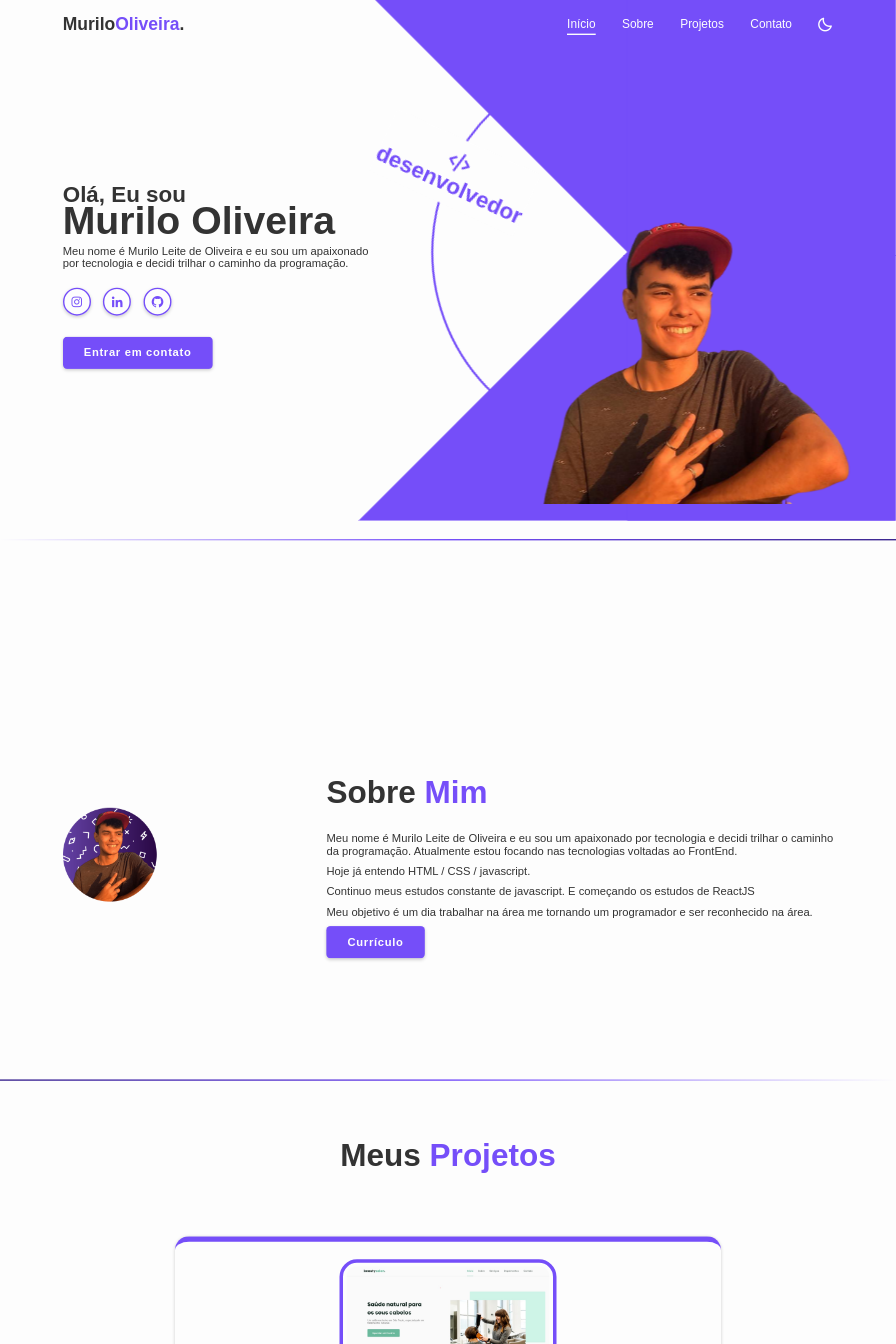
Repository: devMuriloOliveira/Portfolio-
Page: index.html
An editor plug-in stored every save of this project. The page is shown before and after the next save, followed by the edit.
The browser window is 1280 px wide. The pictures show the part of the page from y = 0 to 1920 px (the page is 3045 px tall), at 70% of full size.

Above is the page before, as saved 2023-03-15 18:19:35.

### index.html
<!DOCTYPE html>
<html lang="en">
  <head>
    <meta charset="UTF-8" />
    <meta http-equiv="X-UA-Compatible" content="IE=edge" />
    <meta name="viewport" content="width=device-width, initial-scale=1.0" />
    <title>Murilo Oliveira</title>

    <!--swiper css-->
    <link
      rel="stylesheet"
      href="https://cdn.jsdelivr.net/npm/swiper@9/swiper-bundle.min.css"
    />

    <!--box icons-->
    <link
      href="https://unpkg.com/boxicons@2.1.4/css/boxicons.min.css"
      rel="stylesheet"
    />

    <!--font-->
    <link
      rel="stylesheet"
      href="https://fonts.googleapis.com/css2?family=Material+Symbols+Outlined:opsz,wght,FILL,GRAD@20..48,100..700,0..1,-50..200"
    />

    <!--css-->
    <link rel="stylesheet" href="style.css" />
  </head>
  <body>
    <header class="header">
      <a class="logo" href="#">Murilo<span>Oliveira</span>.</a>

      <nav class="navbar">
        <a href="#inicio" class="active">Início</a>
        <a href="#sobre">Sobre</a>
        <a href="#projetos">Projetos</a>
        <a href="#contato">Contato</a>
      </nav>

      <div class="bx bx bx-moon" id="darkMode-icon"></div>

      <div class="bx bx-menu" id="menu-icon"></div>

    </header>

    <!------------inicio------------>

    <section class="inicio" id="inicio">
      <div class="inicio-content">
        <h3>Olá, Eu sou</h3>
        <h1>Murilo Oliveira</h1>
        <p>
          Meu nome é Murilo Leite de Oliveira e eu sou um apaixonado por
          tecnologia e decidi trilhar o caminho da programação.
        </p>

        <div class="social-media">
          <a href="https://www.instagram.com/murilo__15/" target="_blank"><i class="bx bxl-instagram"></i></a>
          <a href="https://www.linkedin.com/in/murilo-oliveira-28ab52248/" target="_blank"><i class="bx bxl-linkedin" ></i></a>
          <a href="https://github.com/devMuriloOliveira" target="_blank"><i class="bx bxl-github"></i></a>
        </div>

        <a href="#contato" class="btn">Entrar em contato</a>
      </div>

      <div class="profession-container">
        <div class="profession-box">
          <div class="profession" style="--i: 0">
            <i class="bx bx-code-alt"></i>
            <h3>desenvolvedor</h3>
          </div>
          <div class="profession" style="--i: 1">
            <i class="bx bx-code-alt"></i>
            <h3>---Front-end---</h3>
          </div>
          <div class="profession" style="--i: 2">
            <i class="bx bx-code-alt"></i>
            <h3>desenvolvedor</h3>
          </div>
          <div class="profession" style="--i: 3">
            <i class="bx bx-code-alt"></i>
            <h3>---Front-end---</h3>
          </div>
          <div class="circle"></div>
        </div>

        <div class="overlay"></div>
      </div>

      <div class="inicio-img">
        <img src="assets/homem_sorrindo-removebg-preview.png" alt="" />
      </div>
    </section>

    <!------------sobre------------>
    <div class="divider-1"></div>

    <section class="sobre" id="sobre">
      <div class="sobre-img">
        <img src="/assets/profile-pic (4).png" alt="" />
      </div>

      <div class="sobre-content">
        <h2 class="heading">Sobre <span>Mim</span></h2>

        <p>
          Meu nome é Murilo Leite de Oliveira e eu sou um apaixonado por
          tecnologia e decidi trilhar o caminho da programação. Atualmente estou
          focando nas tecnologias voltadas ao FrontEnd.
        </p>
        <br />
        <p>Hoje já entendo HTML / CSS / javascript.</p>
        <br />
        <p>
          Continuo meus estudos constante de javascript. E começando os estudos
          de ReactJS
        </p>
        <br />
        <p>
          Meu objetivo é um dia trabalhar na área me tornando um programador e ser
          reconhecido na área.
        </p>
        <br />

        <a href="#" class="btn">Currículo</a>
      </div>
    </section>

    <!------------projetos------------>
    <div class="divider-2"></div>


    <section class="projetos" id="projetos">
      <h2 class="heading">Meus <span>Projetos</span></h2>

      <div class="projetos-wrapper">
        <div class="projetos-box mySwiper">
          <div class="projetos-content swiper-wrapper">
            <div class="projetos-slide swiper-slide">
              <img src="/assets/fotos-projetos/salon.jpg" alt="" />
              <h3>BeautySalon</h3>
              <p>
                Focado no front end, beautysalon é um site modelo flexível para
                ser usado para qualquer tipo de negócio, vai da necessidade do
                que você precisa vender.
              </p>
              <a
                class="btn"
                target="_blank"
                href="https://devmurilooliveira.github.io/beautysalon/"
                >Visualizar</a
              >
            </div>

            <div class="projetos-slide swiper-slide">
              <img src="/assets/fotos-projetos/doctor-care.jpg" alt="" />
              <h3>DoctorCare</h3>
              <p>
                Focado no front end, DoctorCare é um site modelo flexível para
                ser usado para qualquer tipo de negócio, vai da necessidade do
                que você precisa vender.
              </p>
              <a
                class="btn"
                target="_blank"
                href="https://devmurilooliveira.github.io/doctor-car/"
                >Visualizar</a
              >
            </div>

            <div class="projetos-slide swiper-slide">
              <img src="/assets/fotos-projetos/alura-plus.jpg" alt="" />
              <h3>Alura Plus</h3>
              <p>
                Focado nas práticas do HTML e CSS a Alura Plus é uma tela
                inicial de um serviço de cursos, pode ser usado como para
                qualquer tipo de site que seguem esse estilo.
              </p>
              <a
                class="btn"
                target="_blank"
                href="https://devmurilooliveira.github.io/Alura-Plus/"
                >Visualizar</a
              >
            </div>

            <div class="projetos-slide swiper-slide">
              <img src="/assets/fotos-projetos/alura-books.jpg" alt="" />
              <h3>Alura Books</h3>
              <p>
                Focado nas práticas do HTML e CSS a Alura Books é um site modelo
                que pode ser usado para vendas de livros, totalmente responsivos
                para qualquer tipo de tela.
              </p>
              <a
                class="btn"
                target="_blank"
                href="https://devmurilooliveira.github.io/Alura-Books/"
                >Visualizar</a
              >
            </div>

            <div class="projetos-slide swiper-slide">
              <img src="/assets/fotos-projetos/hzc.jpg" alt="" />
              <h3>HZC</h3>
              <p>
                Focado nas práticas do HTML e CSS o HZC é uma tela inicial de um
                site de skatistas que pode ser usado como base para qualquer
                tipo de site, responsivo para mobile e desktop.
              </p>
              <a
                class="btn"
                target="_blank"
                href="https://devmurilooliveira.github.io/HZC/"
                >Visualizar</a
              >
            </div>

            <div class="projetos-slide swiper-slide">
              <img src="/assets/fotos-projetos/alura-mid.jpg" alt="" />
              <h3>Alura Mid</h3>
              <p>
                Focado nas práticas do javascript O Alura Midi é um instrumento
                musical de interface digital, onde a cada botão vamos reproduzir
                o som de um instrumento.
              </p>
              <a
                class="btn"
                target="_blank"
                href="https://alura-mid-eta.vercel.app/"
                >Visualizar</a
              >
            </div>

            <div class="projetos-slide swiper-slide">
              <img src="/assets/fotos-projetos/mochila-de-viagem.jpg" alt="" />
              <h3>Mochila de Viagem</h3>
              <p>
                Focado nas práticas do javascript o Mochila de Viagem é uma
                lista de itens, onde eu vou registrando tudo que eu não posso
                esquecer e na hora de montar a minha mochila estar tudo ali
                salvo.
              </p>
              <a
                class="btn"
                target="_blank"
                href="https://devmurilooliveira.github.io/Mochila-de-viagem/"
                >Visualizar</a
              >
            </div>

            <div class="projetos-slide swiper-slide">
              <img src="/assets/fotos-projetos/numero-secreto.jpg" alt="" />
              <h3>Numero Secreto</h3>
              <p>
                Focado nas práticas do javascript o Numero Secreto é um jogo
                onde você tem que adivinhar um numero aleatório entre 0 e 1000.
              </p>
              <a
                class="btn"
                target="_blank"
                href="https://jogo-numero-secreto-beige-rho.vercel.app/"
                >Visualizar</a
              >
            </div>
          </div>

          <div class="swiper-button-next"></div>
          <div class="swiper-button-prev"></div>
          <div class="swiper-pagination"></div>
        </div>
      </div>
    </section>

    <!---------------------------contato---------------------------------->
    <div class="divider-1"></div>


    <section class="contato" id="contato">
      <h2 class="heading">Entre em  <span>contato</span></h2>
      <div class="contato-container">
        <div class="text">
          <p>PRECISA DE UM SITE?</p>
          <h2 class="title">Vamos trabalhar juntos</h2>
          <a
            href="https://api.whatsapp.com/send?phone=+5519971549006&text=Oi"
            class="btn"
            target="_blank"
            ><i class='bx bxl-whatsapp' ></i></i> Entrar em contato</a
          >
        </div>

        <div class="links">
          <ul class="grid">
            <li><i class='bx bx-phone'></i></i> (19) 97154-9006</li>
            <li><i class='bx bx-envelope' ></i></i> muriloleiteoliveira1@gmail.com</li>
          </ul>
        </div>

      </div>
    </section>

    <!--------------------------------footer----------------------------------->

    <footer class="footer">
      <div class="footer-text">
        <p>Copyright &copy; 2023 Murilo Oliveira. | Todos os direitos reservados.</p>
      </div>

      <div class="footer-iconTop">
        <a href="#"><i class='bx bx-up-arrow-alt'></i></a>
      </div>
    </footer>

    <!--scroll reveal-->
    <script src="https://unpkg.com/scrollreveal"></script>

    <!--swiper js-->
    <script src="https://cdn.jsdelivr.net/npm/swiper@9/swiper-bundle.min.js"></script>

    <!--main js-->
    <script src="/main.js"></script>
  </body>
</html>

### style.css
*{
  margin: 0;
  padding: 0;
  box-sizing: border-box;
  text-decoration: none;
  border: none;
  outline: none;
  scroll-behavior: smooth;
  font-family: 'Poppins', sans-serif;
}

:root{
  --bg-color: #fdfdfd;
  --bg-color-second: #fafafa;
  --text-color: #333;
  --main-color: #754ef9;
  --white-color: #fdfdfd;
  --shadow-color: rgba(0, 0, 0, .2);
}

.dark-mode{
  --bg-color: #0b061f;
  --text-color: #fdfdfd;
  --shadow-color: rgba(0, 0, 0, .7);
}

html{
  font-size: 62.5%;
  overflow-x: hidden;
}

body{
  background: var(--bg-color);
  color: var(--text-color);
}

.divider-1 {
  height: 2px;
  margin: 50px 0;
  background: rgb(2,0,36);
background: linear-gradient(90deg, rgba(2,0,36,0) 0%, rgba(117,78,249,1) 50%, rgba(60,39,143,1) 100%);
}

.divider-2 {
  height: 2px;
  background: rgb(60,39,143);
background: linear-gradient(90deg, rgba(60,39,143,1) 0%, rgba(117,78,249,1) 50%, rgba(2,0,36,0) 100%);
}


.header{
  position: fixed;
  top: 0;
  left: 0;
  width: 100%;
  padding: 2rem 7%;
  background: transparent;
  display: flex;
  align-items: center;
  z-index: 100;
  transition: .5s;
}

.sticky{
  background: var(--bg-color);
  box-shadow: 0 .1rem 1rem var(--shadow-color);
}

.logo{
  font-size: 2.5rem;
  color: var(--text-color);
  font-weight: 600;
  cursor: pointer;
  margin-right: auto;
}

.navbar a{
  position: relative;
  font-size: 1.7rem;
  color: var(--white-color);
  font-weight: 500;
  margin-right: 3.5rem;
}

 .sticky .navbar a{
  color: var(--text-color);
}

 .sticky .navbar a.active{
  color: var(--main-color);
}


.navbar a.active::before{
  content: '';
  position: absolute;
  left: 0;
  bottom: -6px;
  width: 100%;
  height: .2rem;
  background: var(--white-color);
}

  .sticky .navbar a::before{
  background: var(--main-color);
  opacity: .7;
}


#darkMode-icon{
  font-size: 2.4rem;
  color: var(--white-color);
  cursor: pointer;
}

.sticky #darkMode-icon{
  color: var(--text-color);
  opacity: .9;
}

#menu-icon{
  font-size: 3.6rem;
  color: var(--text-color);
  display: none;
}

section{
  min-height: 100vh;
  padding: 10rem 7% 2rem;
}

.inicio{
  display: flex;
  align-items: center;
}

.inicio .inicio-content{
  max-width: 44rem;
}

.inicio-content h3{
  font-size: 3.2rem;
  font-weight: 700;
  line-height: .3;
}

.inicio-content h1{
  font-size: 5.6rem;
  font-weight: 700;
  margin-bottom: .3rem;
}

.inicio-content p{
  font-size: 1.6rem;
}

.inicio-content .social-media a{
  display: inline-flex;
  justify-content: center;
  align-items: center;
  width: 4rem;
  height: 4rem;
  background: transparent;
  border: .2rem solid var(--main-color);
  border-radius: 50%;
  box-shadow: 0 .2rem .5rem var(--shadow-color);
  font-size: 2rem;
  color: var(--main-color);
  margin: 2.5rem 1.5rem 3rem 0;
  transition: .5s ease;
}

.inicio-content .social-media a:hover{
  background: var(--main-color);
  color: var(--white-color);
}

.btn{
  display: inline-block;
  padding: 1.2rem 2.8rem;
  background: var(--main-color);
  border-radius: .6rem;
  box-shadow: 0 .2rem .5rem var(--shadow-color);
  font-size: 1.6rem;
  color: var(--white-color);
  letter-spacing: .1rem;
  font-weight: 600;
  border: .2rem solid transparent;
  transition: .5s ease;
}

.btn:hover{
  background: transparent;
  color: var(--main-color);
  border-color: var(--main-color);
}

.inicio .profession-container{
  position: absolute;
  top: 50%;
  right: 0;
  transform: translateY(-50%);
  width: 768px;
  height: 768px;

  overflow: hidden;
  pointer-events: none;
}

.inicio .profession-container .profession-box{
  position: absolute;
  top: 0;
  right: 0;
  width: 768px;
  height: 768px;
  border-radius: 50%;
  display: flex;
  justify-content: center;
  align-items: center;
  animation: professionRotate 13s ease-out infinite;
}

@keyframes professionRotate{
  0%,20%{
    transform: rotate(0deg);
  }

  25%,45%{
    transform: rotate(-90deg);
  }

  50%,70%{
    transform: rotate(-180deg);
  }

  75%,95%{
    transform: rotate(-270deg);
  }

  100%{
    transform: rotate(-360deg);
  }
}

.inicio .profession-box .profession{
  position: absolute;
  left: 0;
  display: flex;
  align-items: center;
  flex-direction: column;
  color: var(--main-color);
  transform: rotate(calc(360deg / 4 * var(--i)));
  transform-origin: 384px;
  background: var(--bg-color);
  padding: 13px 0;
}

.inicio .profession-box .profession:nth-child(1) i {
  margin-right: 15px;
}

.inicio .profession-box .profession:nth-child(2),
.inicio .profession-box .profession:nth-child(4) {
  padding-bottom: 20px;
}

.inicio .profession i{
  font-size: 3.8rem;
}

.inicio .profession h3{
  font-size: 3.2rem;
  line-height: 1;
  font-weight: 600;
}

.inicio .profession-box .circle{
  width: 560px;
  height: 560px;

  border: 3px solid var(--main-color);
  border-radius: 50%;
}

.inicio .profession-container .overlay{
  position: absolute;
  top: 0;
  right: 0;
  width: 0;
  height: 0;
  border-top: 384px solid var(--main-color);
  border-right: 384px solid var(--main-color);
  border-bottom: 384px solid var(--main-color);
  border-left: 384px solid transparent;

}

.inicio-img img{
  position: absolute;
  bottom: 0;
  right: 0;
  width: 50%;
  pointer-events: none;
}

span{
  color: var(--main-color);
}

.sobre{
  display: flex;
  justify-content: center;
  align-items: center;
  gap: 4rem;
}

.sobre-img img{
  width: 40%;
}

.heading{
  font-size: 4.5rem;
  text-align: center;
  margin: 3rem 0;
}

.sobre-content h2{
  text-align: left;
  line-height: 1.2;
  margin-bottom: 3rem;
}

.sobre-content p{
  font-size: 1.6rem;

}

/*--------------------projetos-------------------*/

.projetos{
  display: flex;
  align-items: center;
  flex-direction: column;
  width: 100%;
  padding: 5rem 1rem;
}

.projetos .projetos-wrapper{
  position: relative;
  max-width: 90rem;
  width: 100%;
  padding: 5rem;
}

.projetos-wrapper .projetos-box{

  padding: 1rem;
  border-radius: 2rem;
  overflow: hidden;
}

.projetos-content .projetos-slide{
  display: flex;
  align-items: center;
  flex-direction: column;
  background: var(--bg-color);
  border-radius: 2rem;
  box-shadow: 0 .1rem .5rem var(--shadow-color);
  padding: 3rem 5rem;
  border-top: .8rem solid var(--main-color);
  border-bottom: .8rem solid var(--main-color);
}

.projetos-slide img{
  height: 15rem;
  width: 30rem;
  object-fit: cover;
  border-radius: 2rem;
  border: .5rem solid var(--bg-color);
  outline: .5rem solid var(--main-color);
}

.projetos-slide h3{
  font-size: 2.5rem;
  margin: 2rem 0;
}

.projetos-slide p{
  font-size: 1.4rem;
  text-align: center;
  margin: 2rem 0;
}

.projetos-box .swiper-button-next,
.projetos-box .swiper-button-prev{
  color: var(--main-color);
}

.projetos-box .swiper-button-next{
  right: 0;
}

.projetos-box .swiper-button-prev{
  left: 0;
}

.projetos-box .swiper-pagination-bullet{
  background: rgba(0, 0, 0, .8);
}

.projetos-box .swiper-pagination-bullet-active{
  background: var(--main-color);
}

/*=================contato=====================*/
#contato{
  margin-top: -15rem;
}

.contato-container{
  display: flex;
  align-items: center;
  margin-top: 15rem;
}

#contato .text{
  margin-right: auto;
}

#contato .text p{
  font-size: 2.5rem;
  font-weight: 700;

}

#contato .title{
  font-size: 4.5rem;
  font-weight: 700;
  margin: 5rem 0 3rem 0;
}

#contato .btn {
  display: inline-flex;
  align-items: center;
}

#contato .btn i{
  font-size: 3rem;
  align-items: center;
}

#contato .links{
  font-size: 2rem;

}

#contato .links ul li {
  display: flex;
  align-items: center;
  margin-bottom: 2rem;

}

#contato .links i {
  color: var(--main-color);
  margin-right: 1rem;
  font-size: 3rem;
}

/*====================footer=====================*/

.footer{
  display: flex;
  justify-content: space-between;
  align-items: center;
  flex-wrap: wrap;
  padding: 2rem 7%;
  background: var(--main-color);
}

.footer-text{
  font-size: 1.6rem;
  color: var(--white-color);
}

.footer-iconTop a{
  display: inline-flex;
  justify-content: center;
  align-items: center;
  padding: .8rem;
  background: var(--white-color);
  border-radius: .8rem;
  border: .2rem solid var(--main-color);
  outline: .2rem solid transparent;
  transition: .5s ease;
}

.footer-iconTop a:hover{
  outline-color: var(--white-color);
}

.footer-iconTop a i{
  font-size: 2.4rem;
  color: #333;
}


/*------------------------------------breakpoint-----------------------------------*/

@media (max-width: 1200px){
  html{
    font-size: 55%;
  }

  .inicio .profession-container{
    height: 85.8rem;
  }

  .inicio .profession-container .profession-box{
    right: -12rem;
    height: 85.8rem;
  }

  .inicio .profession-container .overlay{
    right: -9rem;
  }
}

@media (max-width: 1024px){
  .header{
    padding: 2rem 3%;
  }

  section{
    padding: 10rem 3% 2rem;
  }

  .inicio .profession-container .profession-box{
    right: -22rem;
  }

  .inicio .profession-container .overlay{
    right: -15rem;
  }
}

@media (max-width: 991px){
  .navbar a:nth-child(1),
  .navbar a:nth-child(2){
    color: var(--main-color);
  }

  .navbar a.active::before{
    background: var(--main-color);
    opacity: .7;
  }

  .inicio .inicio-content{
    max-width: 50rem;
  }

  .inicio .profession-container .profession-box{
    right: -45rem;
  }

  .inicio .profession-container .overlay{
    right: -39.5rem;
  }

  .inicio-img img{
    display: none;
  }

  .contato{
    min-height: auto;
  }

  .footer{
    padding: 2rem 3%;
  }

}

@media (max-width: 768px){
  #menu-icon{
    display: block;
  }

  #darkMode-icon{
    position: absolute;
    right: 7rem;
    font-size: 2.6rem;
    color: var(--text-color);
    margin-bottom: .1rem;
  }

  .navbar{
    position: absolute;
    top: 100%;
    left: 0;
    width: 100%;
    padding: 1rem 3%;
    background: var(--bg-color);
    border: .1rem solid rgba(0, 0, 0, .2);
    box-shadow: 0 .5rem 1rem rgba(0, 0, 0, .1);
    display: none;
  }

  .active{
    display: block;
  }


  .navbar a{
    display: block;
    font-size: 3rem 0;
    margin: 3rem 0;
    color: var(--text-color);
  }

  .navbar a:nth-child(1),
  .navbar a:nth-child(2){
    color: var(--text-color);
  }

  .navbar a.active{
    color: var(--main-color);
  }

  .navbar a::before{
    display: none;
  }

  .inicio{
    padding: 0 3% 12rem;
    justify-content: center;
    text-align: center;
  }

  .inicio-content h3{
    font-size: 2.6rem;
  }

  .inicio-content h1{
    font-size: 5rem;
  }

  .inicio-content .social-media a{
    margin: 2.5rem .75rem 3rem;
  }

  .inicio .profession-container{
    left: 0;
    width: 100%;
    height: 100%;
  }

  .inicio .profession-container .profession-box{
    position: fixed;
    top: 60%;
    left: 0;
    border-radius: 0;
    width: 100%;
  }

  .inicio .profession-box .profession{
    padding: 0 13px;
    left: auto;
    transform-origin: 0;
  }

  .inicio .profession-box .profession:nth-child(1){
    transform: rotate(-90deg) translate(-120px, -120px);
  }

  .inicio .profession-box .profession:nth-child(1) i{
    margin: 0;
  }

  .inicio .profession-box .profession:nth-child(2){
    transform: rotate(0deg) translate(0, -335px);
  }

  .inicio .profession-box .profession:nth-child(3){
    transform: rotate(90deg) translate(-115px, -450px);
  }

  .inicio .profession-box .profession:nth-child(4){
    transform: rotate(180deg) translate(220px, -335px);
  }

  .inicio .profession-box .circle{
    position: fixed;
    width: 670px;
    height: 670px;
    z-index: -1;
  }

  .inicio .profession-container .overlay{
    position: fixed;
    top: 70rem;
    left: 50%;
    right: 0;
    transform: rotate(90deg) translate(-50%, 50%) scaleY(3);
    border-width: 23.9rem;
  }

  .sobre{
    flex-direction: column-reverse;
    text-align: center;
  }

  .sobre-content h2{
    text-align: center;
  }

  .sobre-img img{
    width: 70vw;
    margin-top: -2rem;
  }

  .projetos .projetos-wrapper{
    padding: 5rem 0;
  }

  .projetos-content .projetos-slide{
    padding: 3rem 2rem;
  }

  .projetos-box .swiper-button-next,
  .projetos-box .swiper-button-prev{
    display: none;
  }

  .contato-container{
    display: block;
    align-items: center;
    margin-top: 15rem;
    text-align: center;
  }

  #contato .text p{
    margin-top: -5rem;
    margin-bottom: -3rem;
  }

  #contato .links .grid{
    display: inline-block;
    margin: 5rem 0;
  }

}

@media (max-width: 450px){
  html{
    font-size: 50%;
  }

  #darkMode-icon{
    right: 6rem;
  }

  .inicio{
    padding: 0 3% 30rem;
  }

  .inicio .profession-box .profession:nth-child(1){
    transform: rotate(-90deg) translate(-110px, -220px);
  }

  .inicio .profession-box .profession:nth-child(2){
    transform: rotate(0deg) translate(5px, -335px);
  }

  .inicio .profession-box .profession:nth-child(3){
    transform: rotate(90deg) translate(-105px, -440px);
  }

  .inicio .profession-box .profession:nth-child(4){
    transform: rotate(180deg) translate(-210px, -335px);
  }
}

@media (max-width: 365px){
  .sobre-img img{
    width: 90vw;
  }

  .footer{
    flex-direction: column-reverse;
  }
  .footer p{
    text-align: center;
    margin-top: 2rem;
  }
}

Loaded but not shown: main.js (87 lines, source omitted)

After the next save:
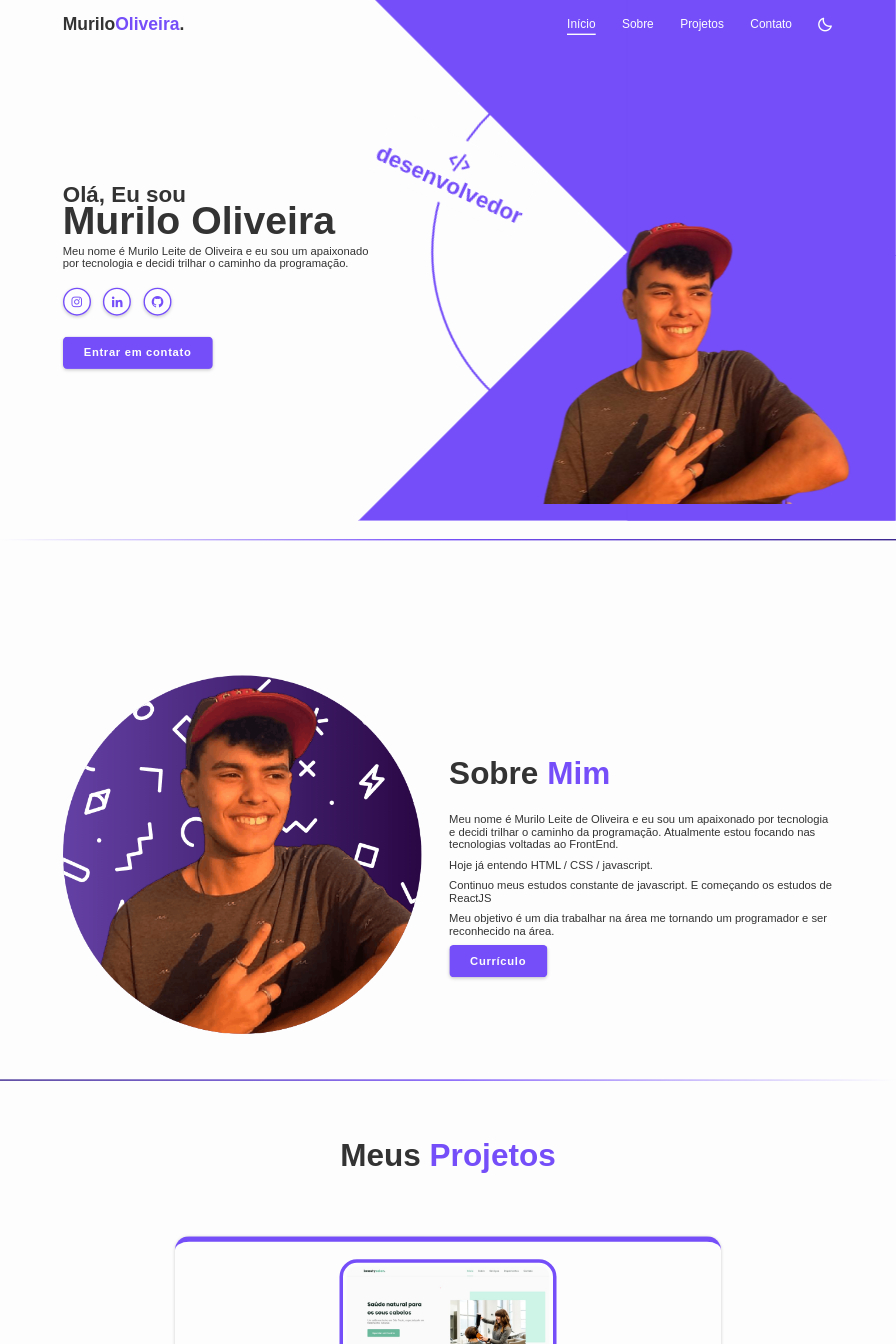
Saved 4 s later.
--- a/style.css
+++ b/style.css
@@ -315,7 +315,7 @@ span{
 }
 
 .sobre-img img{
-  width: 40%;
+  width: 40vw;
 }
 
 .heading{
